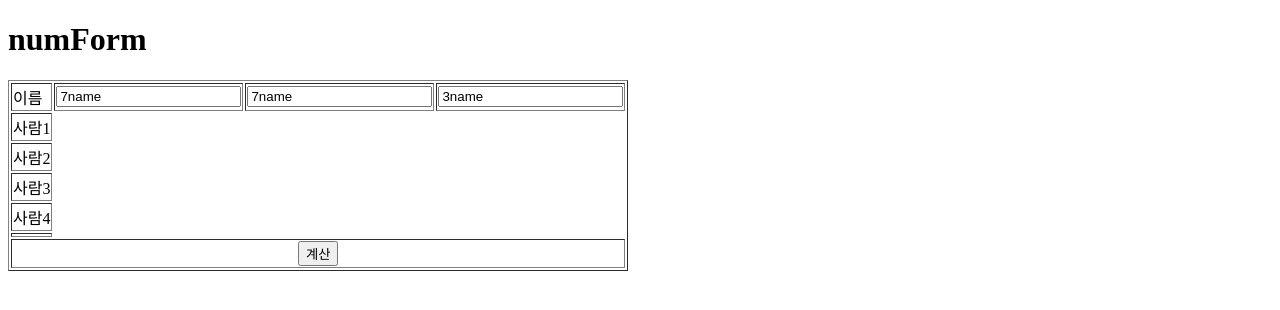
Repository: Jhoon0211/java_work
Page: http://localhost/jspProj/request/numForm2.jsp
An editor plug-in stored every save of this project. The page is shown before and after the next save, followed by the edit.
The browser window is 1280 px wide. The pictures show the whole page.
The page is served by Tomcat 9.

Above is the page before, as saved 2023-07-27 09:21:02.

After the next save:
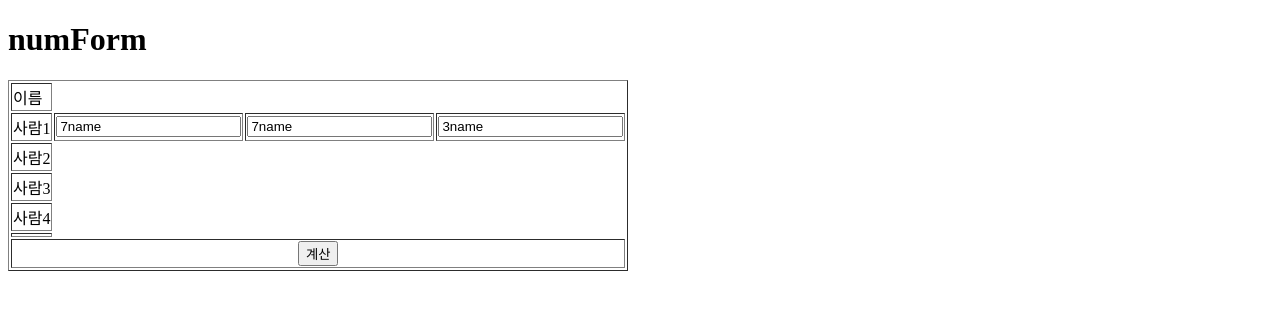
Saved 64 s later.
--- a/jspProj/src/main/webapp/request/numForm2.jsp
+++ b/jspProj/src/main/webapp/request/numForm2.jsp
@@ -39,12 +39,13 @@
 		<table border="">
 			<tr>
 				<td>이름</td>
+
+			</tr>
+			<tr>
+				<td>사람1</td>
 				<td><input type="text" name="student" value="<%=(int)(Math.random()*10) + "name" %>"/></td>
 				<td><input type="text" name="student" value="<%=(int)(Math.random()*10) + "name" %>"/></td>
 				<td><input type="text" name="student" value="<%=(int)(Math.random()*10) + "name" %>"/></td>
-			</tr>
-			<tr>
-				<td>사람1</td>
 			</tr>
 			<tr>
 				<td>사람2</td>
